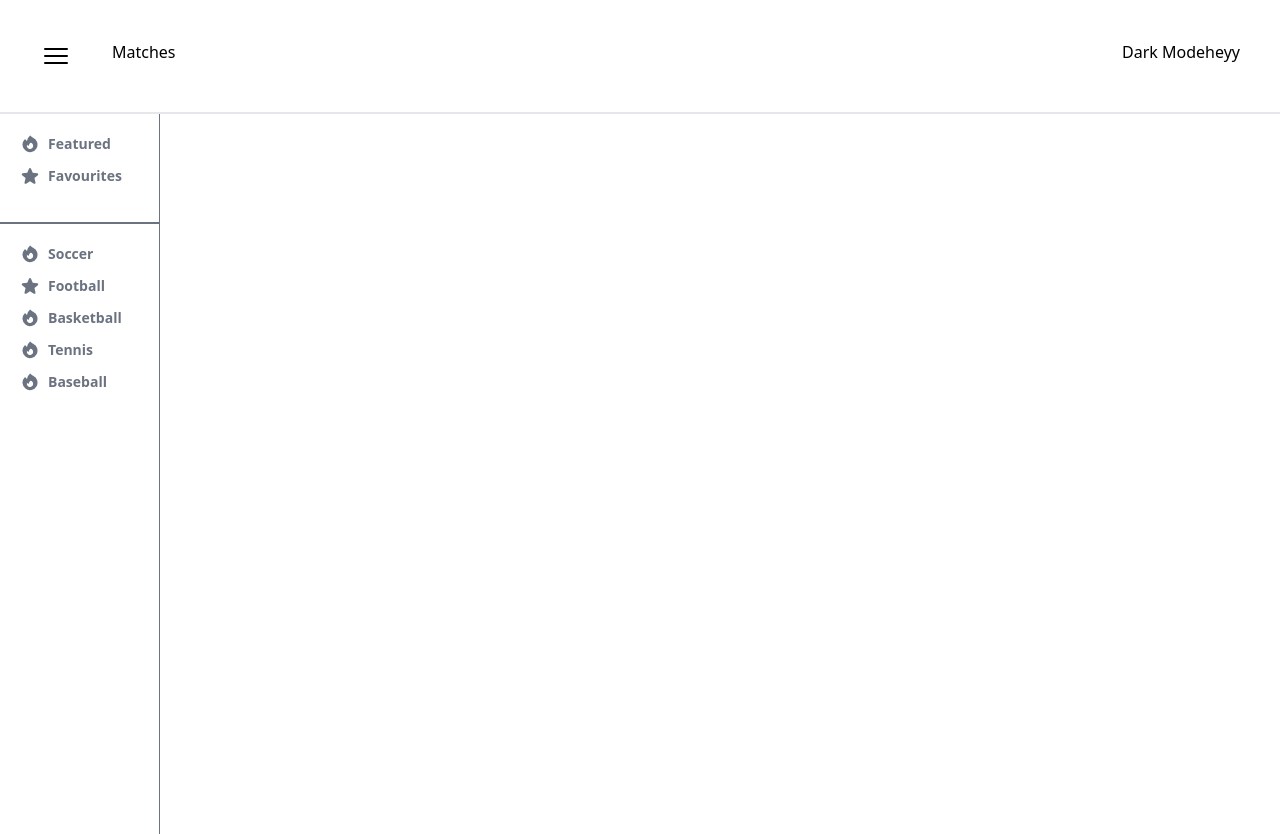
Repository: thekingisherenow/Betterbook
Page: /
An editor plug-in stored every save of this project. The page is shown before and after the next save, followed by the edit.
The browser window is 1280 px wide. The pictures show the whole page.
The project was rebuilt for these pictures with package versions that can differ from the ones it lists, and the page was loaded fresh each time. The framework's server and built-in components were replaced by stand-ins that run in the browser. Also part of the build but not shown: next.config.js.

Above is the page before, as saved 2023-01-16 21:39:44.

### src/pages/_app.tsx
import type { AppProps } from 'next/app'
import { Provider } from 'react-redux'
import store from '../core/store'
import '../core/styles/root.css'

const App = (props: AppProps) => {
  const { Component, pageProps } = props
  return (
    <Provider store={store}>
      <Component {...pageProps} />
    </Provider>
  )
}

export default App

### src/pages/index.tsx
import type { NextPage } from 'next'
import { useEffect, useState } from 'react'
import API from '../core/services'
import { Game } from '../types/game'
import Sidebar from '../components/Typography/Sidebar'
import Header from '../components/Typography/Header'

const IndexPage: NextPage = () => {
  const [games, setGames] = useState<Game[]>([])

  useEffect(() => {
    API.games.fetchGames().then(setGames)
  }, [])

  return <div>
        <main className=''>

          {/* Header  */}
          <Header />
            {/* Sidebar */}
            <Sidebar/>
            {/* Center  */}

        </main>
  </div>
}

export default IndexPage

### src/core/store/index.ts
import { configureStore } from '@reduxjs/toolkit'
import { counterReducer } from './slices/counterSlice'

const store = configureStore({
  reducer: {
    counter: counterReducer,
  },
})

export default store

### src/core/services/index.ts
import * as gamesServices from './games'

const API = {
  games: gamesServices,
}

export default API

### src/components/Typography/Sidebar.tsx
import React from 'react'
import { FireIcon, StarIcon } from '@heroicons/react/24/solid'

function Sidebar() {
    return (
        <div className='text-gray-500 text-sm border-r h-screen w-40 border-gray-500'>
            <div>
                <div className='flex flex-col  p-5 space-y-3 font-semibold mb-4'>
                    <button className='flex items-center space-x-2 hover:text-blue-600'>
                        <FireIcon className='w-5 h-5' />
                        <p>Featured</p>
                    </button>
                    <button className='flex items-center space-x-2 hover:text-blue-600'>
                        <StarIcon className='w-5 h-5' />
                        <p>Favourites</p>
                    </button>
                </div>
                    <hr className='border-t-2 border-gray-500' />

                <div className='flex flex-col space-y-3  p-5 font-semibold mb-4'>
                    <button className='flex items-center space-x-2 hover:text-blue-600'>
                        <FireIcon className='w-5 h-5' />
                        <p>Soccer</p>
                    </button>
                    <button className='flex items-center space-x-2 hover:text-blue-600'>
                        <StarIcon className='w-5 h-5' />
                        <p>Football</p>
                    </button>
                    <button className='flex items-center space-x-2 hover:text-blue-600'>
                        <FireIcon className='w-5 h-5' />
                        <p>Basketball</p>
                    </button>
                    <button className='flex items-center space-x-2 hover:text-blue-600'>
                        <FireIcon className='w-5 h-5' />
                        <p>Tennis</p>
                    </button>
                    <button className='flex items-center space-x-2 hover:text-blue-600'>
                        <FireIcon className='w-5 h-5' />
                        <p>Baseball</p>
                    </button>
                </div>
            </div>
        </div>
    )
}

export default Sidebar

### src/components/Typography/Header.tsx
import { Bars3Icon } from '@heroicons/react/24/solid'
import React from 'react'

function Header() {
  return (
    <header >
      <div className='p-10 flex text-center   border-b-2 '>
        <Bars3Icon className='h-8 w-8 cursor-pointer'/>
        <div className='ml-10'>
          Matches
        </div>
        <div className='flex justify-end ml-auto  '>
          <div>
            Dark Mode
            </div>
            <div>
              heyy
              </div>
        </div>
      </div>
    </header>
  )
}

export default Header

### src/core/store/slices/counterSlice.ts
import { createSlice } from '@reduxjs/toolkit'

export const counterSlice = createSlice({
  name: 'counter',
  initialState: {
    count: 0,
  },
  reducers: {
    setCount(state, { payload }) {
      state.count = payload
    },
  },
})

export const counterReducer = counterSlice.reducer

### src/core/services/games.ts
import { Game } from '../../types/game'

export const fetchGames = (): Promise<Game[]> => {
  return Promise.resolve([
    {
      id: '1',
      name: 'Spain vs Argentina',
    },
  ])
}

### tailwind.config.js
/** @type {import('tailwindcss').Config} */
module.exports = {
  content: [
    './src/pages/**/*.{js,ts,jsx,tsx}',
    './src/components/**/*.{js,ts,jsx,tsx}',
    './src/modules/**/*.{js,ts,jsx,tsx}',
  ],
  theme: {
    extend: {},
  },
  plugins: [],
}

Loaded but not shown: src/core/styles/root.css (common file)

After the next save:
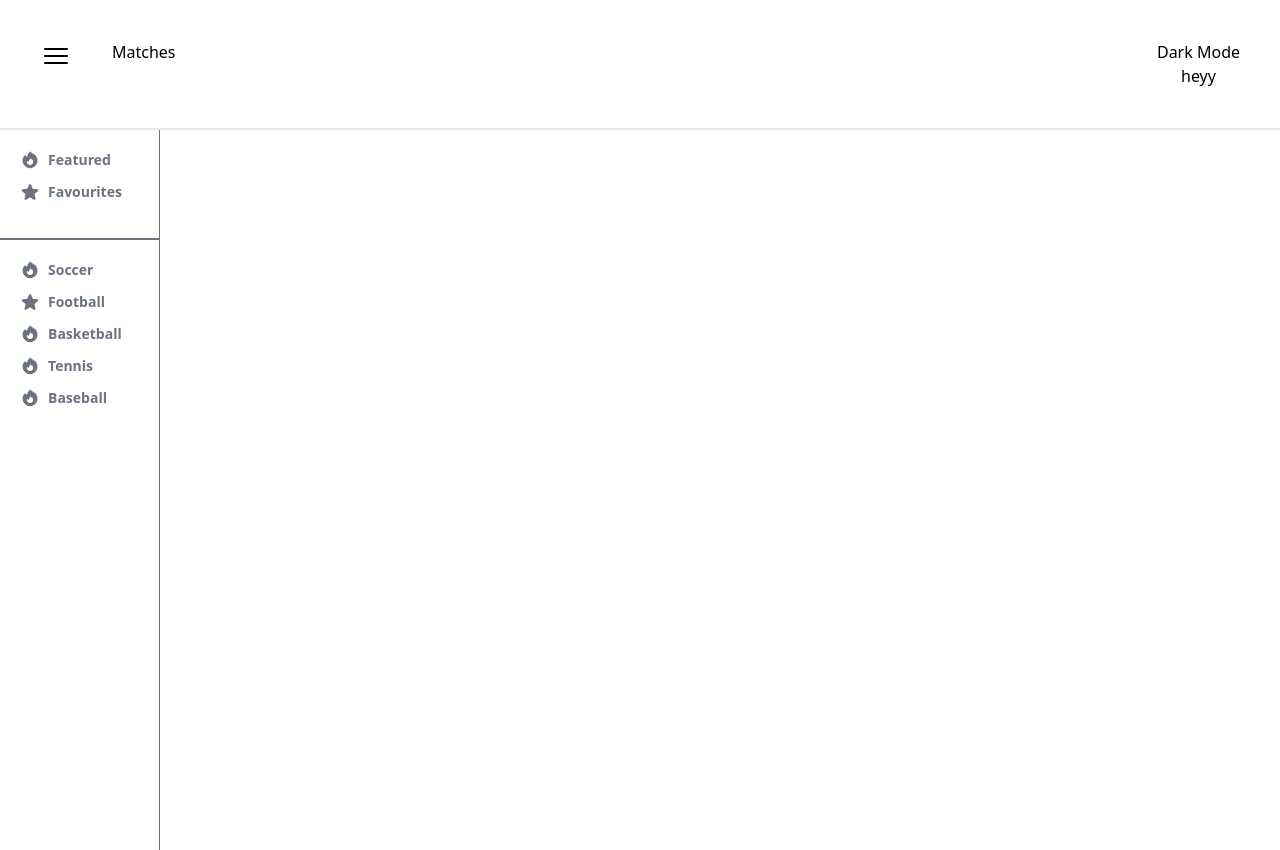
Saved 8 s later.
--- a/src/components/Typography/Header.tsx
+++ b/src/components/Typography/Header.tsx
@@ -9,7 +9,7 @@
         <div className='ml-10'>
           Matches
         </div>
-        <div className='flex justify-end ml-auto  '>
+        <div className='ml-auto '>
           <div>
             Dark Mode
             </div>

After the 2 saves that followed:
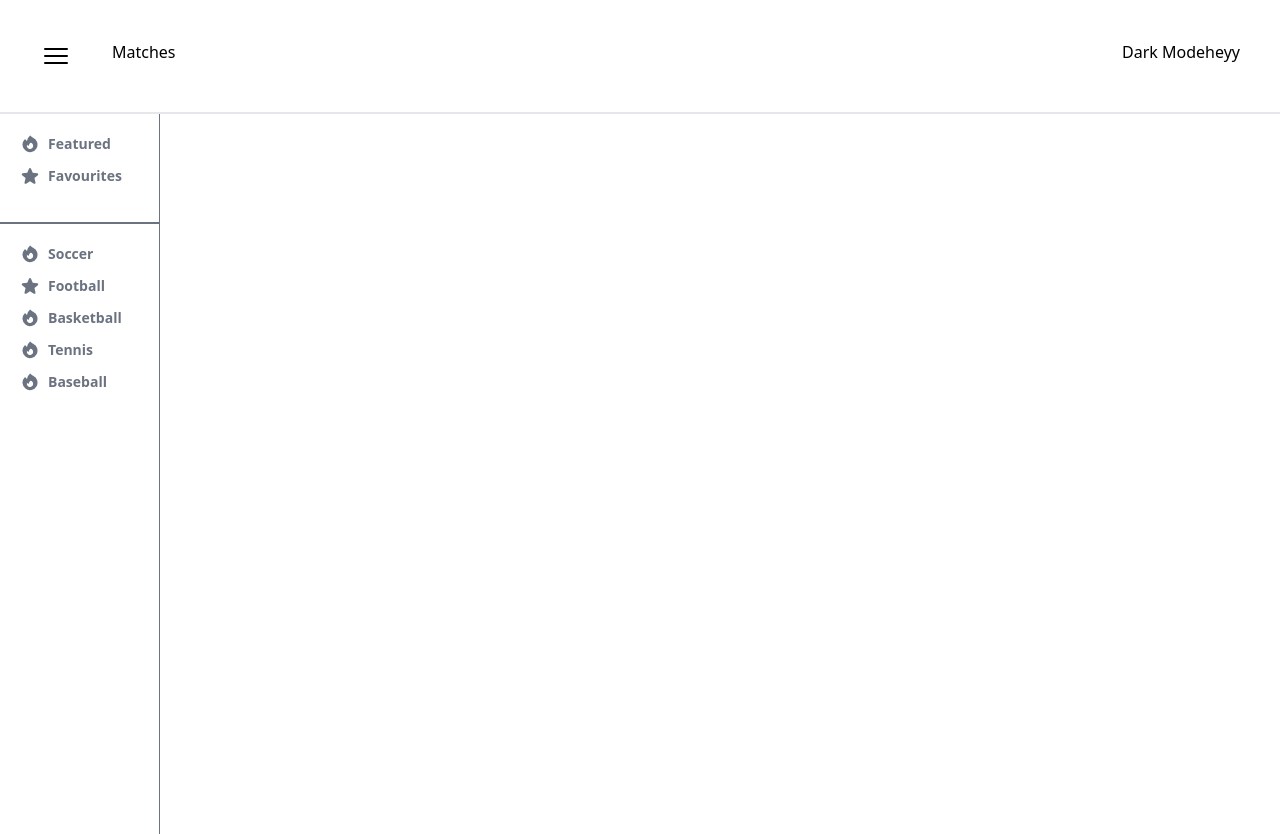
The 2 saves are shown as one change because they came seconds apart.
The last was saved 11 s later.
--- a/src/components/Typography/Header.tsx
+++ b/src/components/Typography/Header.tsx
@@ -9,7 +9,7 @@
         <div className='ml-10'>
           Matches
         </div>
-        <div className='ml-auto '>
+        <div className='flex justify-end ml-auto '>
           <div>
             Dark Mode
             </div>
